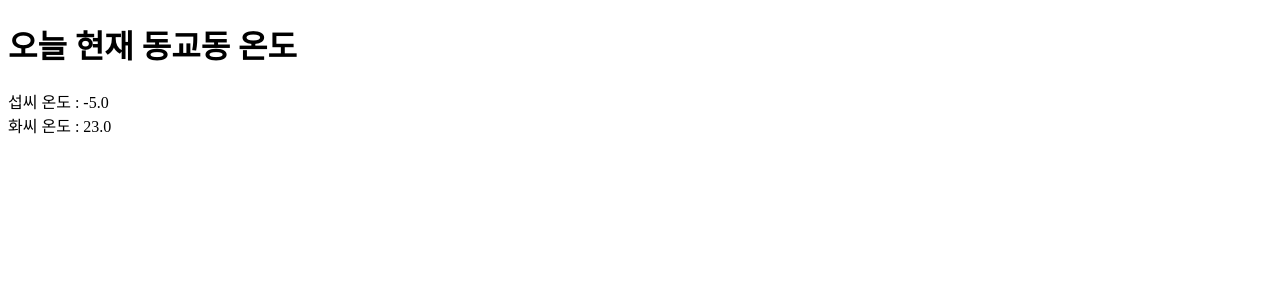
Repository: markahn02050/jsp_practice
Page: http://localhost/JSPBasic/JspTag/TagQ04.jsp
These files come from the project's save history. The page is drawn as it stood at one moment and after the next save; the edit follows.
The browser window is 1280 px wide. The pictures show the whole page.
The page is served by Tomcat 9.

Above is the page before, as saved 2022-02-03 02:22:18.

After the next save:
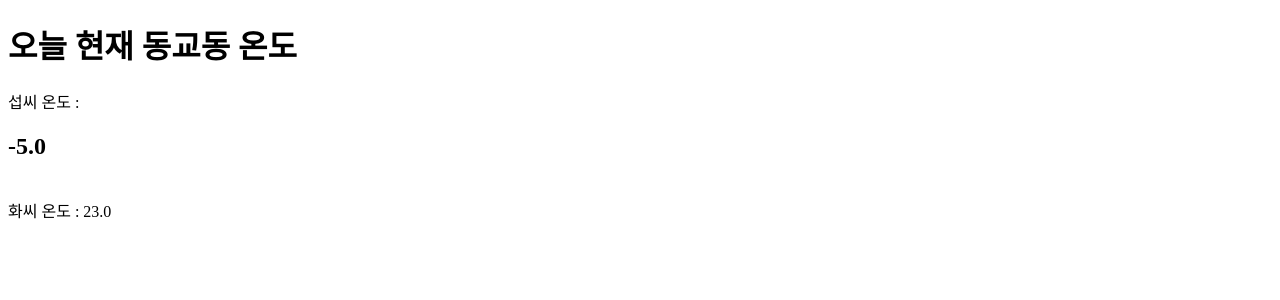
Saved 79 s later.
--- a/JSPBasic/src/main/webapp/JspTag/TagQ04.jsp
+++ b/JSPBasic/src/main/webapp/JspTag/TagQ04.jsp
@@ -22,7 +22,7 @@ JSP 주석은 소스보기에 나타나지 않습니다. --%>
 
 	<h1>오늘 현재 동교동 온도</h1>
 
-	섭씨 온도 : <%= celcius %> <br/>
+	섭씨 온도 : <h2><%= celcius %></h2> <br/>
 	화씨 온도 : <%= CtoF(celcius) %> <br/>
 
 </body>
